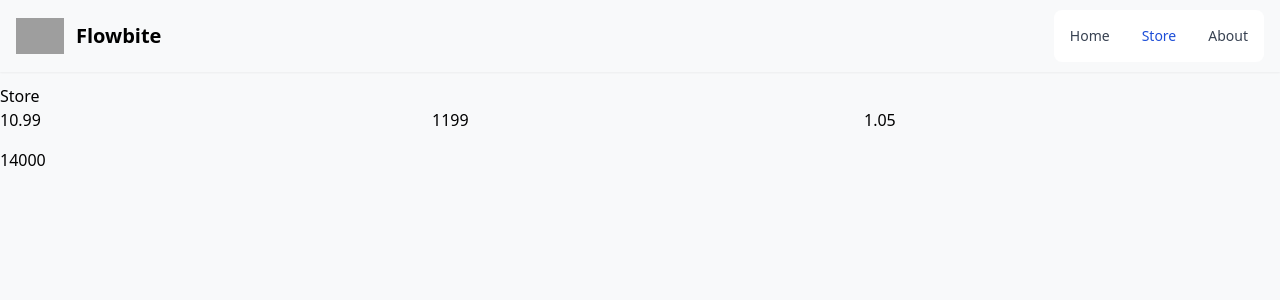
Repository: ducanhaep/react-ts-shopping-cart
Page: /store
These files come from the project's save history. The page is drawn as it stood at one moment and after the next save; the edit follows.
The browser window is 1280 px wide. The pictures show the whole page.
Pictures or frames that could not be fetched are drawn as grey boxes. The project was rebuilt for these pictures with package versions that can differ from the ones it lists, and the page was loaded fresh each time. Also part of the build but not shown: vite.config.ts, src/pages/About.js, src/pages/Home.js.

Above is the page before, as saved 2023-01-11 19:04:57.

After the next save:
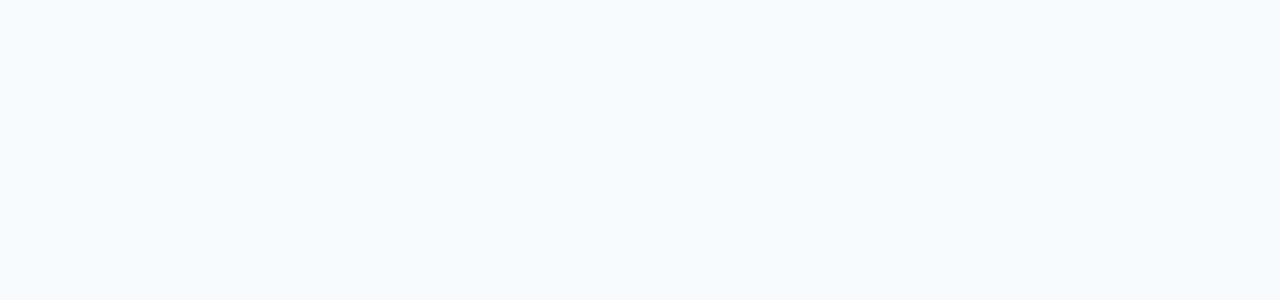
Console error: ReferenceError: props is not defined
Saved 117 s later.
--- a/src/components/StoreItem.tsx
+++ b/src/components/StoreItem.tsx
@@ -4,6 +4,6 @@
   price: number;
   imgUrl: string;
 }
-export function StoreItem(props: StoreItemProps) {
+export function StoreItem({ id, name, price, imgUrl }: StoreItemProps) {
   return <h1>{props.price}</h1>;
 }

After the save that followed:
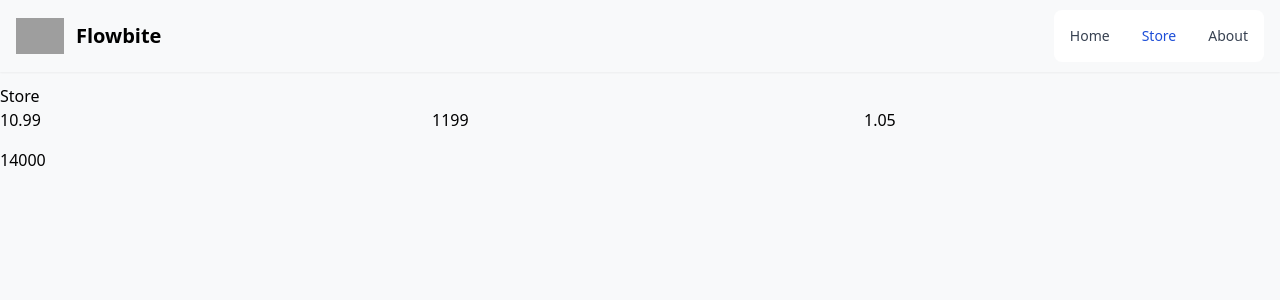
The error is gone.
Saved 4 s later.
--- a/src/components/StoreItem.tsx
+++ b/src/components/StoreItem.tsx
@@ -5,5 +5,5 @@
   imgUrl: string;
 }
 export function StoreItem({ id, name, price, imgUrl }: StoreItemProps) {
-  return <h1>{props.price}</h1>;
+  return <h1>{price}</h1>;
 }
